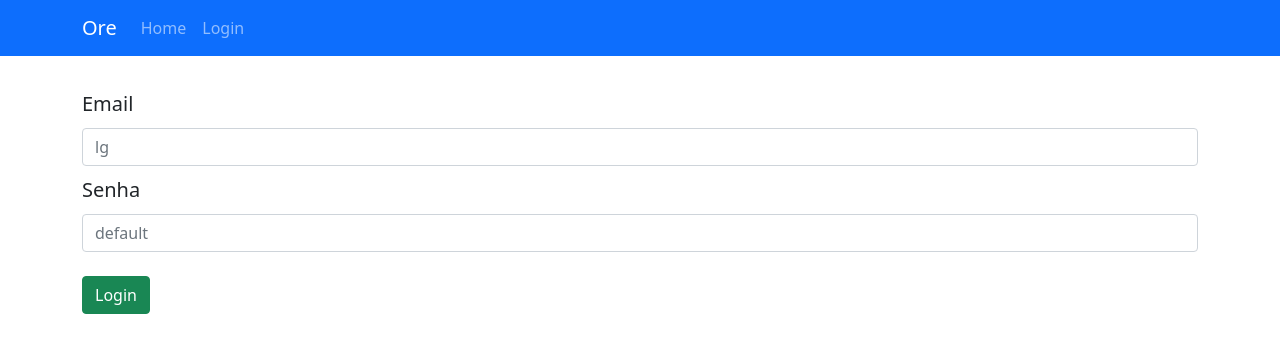
Repository: thf4/React-Front
Page: /login
These files come from the project's save history. The page is drawn as it stood at one moment and after the next save; the edit follows.
The browser window is 1280 px wide. The pictures show the whole page.
The project was rebuilt for these pictures with package versions that can differ from the ones it lists, and the page was loaded fresh each time. Also part of the build but not shown: src/config/index.js, src/pages/Home/index.js, src/pages/Vizualizar/index.js, src/config/cadastrar.js, src/pages/Cadastrar/index.js, src/pages/Editar/index.js, src/pages/HomePage/index.js.

Above is the page before, as saved 2021-05-07 16:38:16.

After the next save:
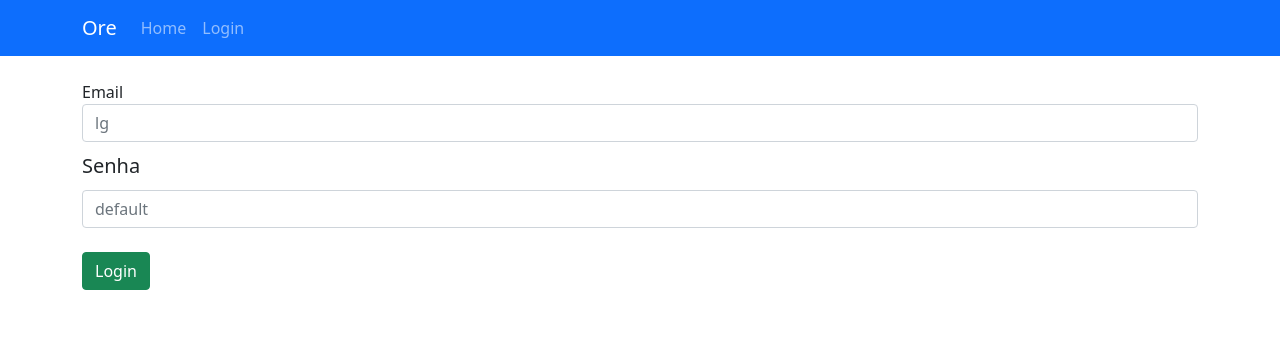
Saved 24 s later.
--- a/src/pages/Login/index.js
+++ b/src/pages/Login/index.js
@@ -13,8 +13,8 @@
     <Container>
       <Form className="mt-4">
         <Col>
-          <FormGroup className="sm-2" >
-            <Label for="email" size="lg">
+          <FormGroup size="lg" >
+            <Label for="email" >
               Email
             </Label>
             <Input type="email" name="email" id="email" placeholder="lg" />

After the save that followed:
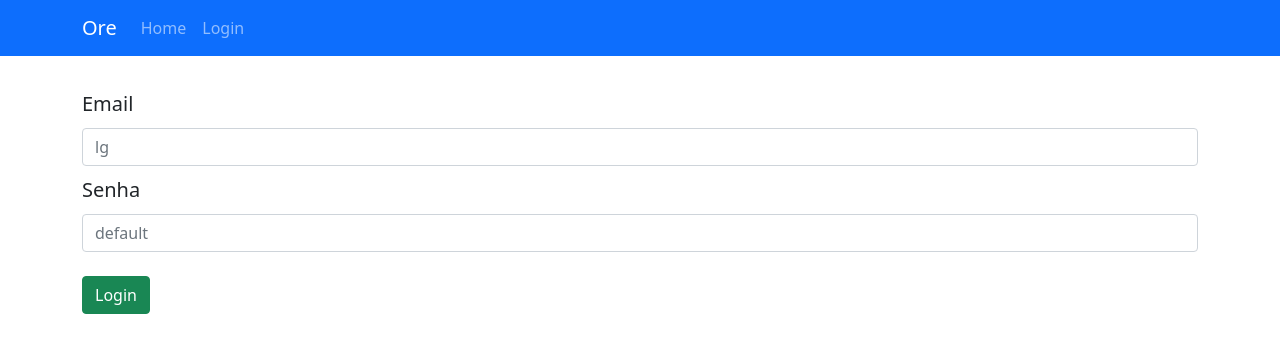
Saved 5 s later.
--- a/src/pages/Login/index.js
+++ b/src/pages/Login/index.js
@@ -13,8 +13,8 @@
     <Container>
       <Form className="mt-4">
         <Col>
-          <FormGroup size="lg" >
-            <Label for="email" >
+          <FormGroup className="sm-2" >
+            <Label for="email" size="lg">
               Email
             </Label>
             <Input type="email" name="email" id="email" placeholder="lg" />
